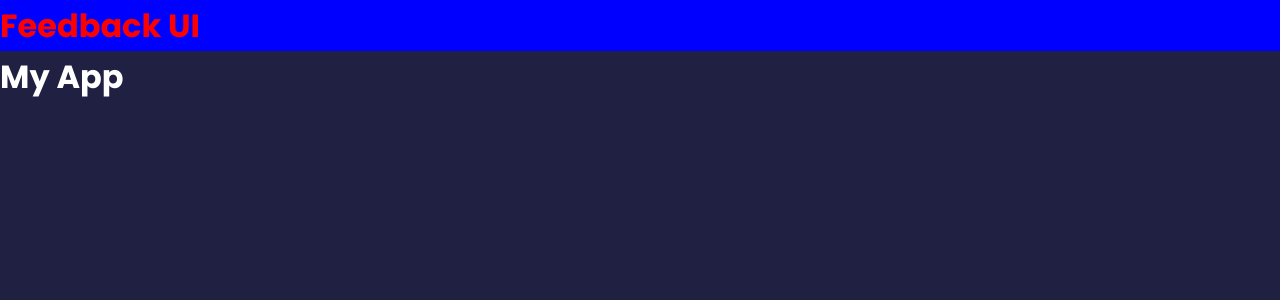
Repository: haokiet2501/feedback-app
Page: /
An editor plug-in stored every save of this project. The page is shown before and after the next save, followed by the edit.
The browser window is 1280 px wide. The pictures show the whole page.
The project was rebuilt for these pictures with package versions that can differ from the ones it lists, and the page was loaded fresh each time.

Above is the page before, as saved 2022-02-23 08:59:45.

### public/index.html
<!DOCTYPE html>
<html lang="en">
  <head>
    <meta charset="utf-8" />
    <link rel="icon" href="%PUBLIC_URL%/favicon.ico" />
    <meta name="viewport" content="width=device-width, initial-scale=1" />
    <meta name="theme-color" content="#000000" />
    <meta
      name="description"
      content="Web site created using create-react-app"
    />
    <link rel="apple-touch-icon" href="%PUBLIC_URL%/logo192.png" />

    <link rel="manifest" href="%PUBLIC_URL%/manifest.json" />

    <title>Feedback App</title>
  </head>
  <body>
    <noscript>You need to enable JavaScript to run this app.</noscript>
    <div id="root"></div>

  </body>
</html>

### src/index.js
import React from 'react'
import ReactDOM from 'react-dom'
import App from './App'
import './index.css'
ReactDOM.render (
    <React.StrictMode>
        <App />
    </React.StrictMode>,
    document.getElementById('root')
)

### src/App.js
import Header from "./components/Header"

function App() {
    return (
        <>
            <Header />
            <div className="contianer">
                <h1>My App</h1>
            </div>
        </>
    )
}

export default App

### src/components/Header.jsx
import React from 'react'
import ProTypes from 'prop-types'

const Header = ({ text }) => {
  return (
    <div style={{color: 'red', backgroundColor: 'blue'}}>
        <h1>{text}</h1>
    </div>
  )
}

Header.defaultProps = {
    text: 'Feedback UI',
}

Header.proTypes = {
    text: ProTypes.string,
}

export default Header

Loaded but not shown: src/index.css (common file)

After the next save:
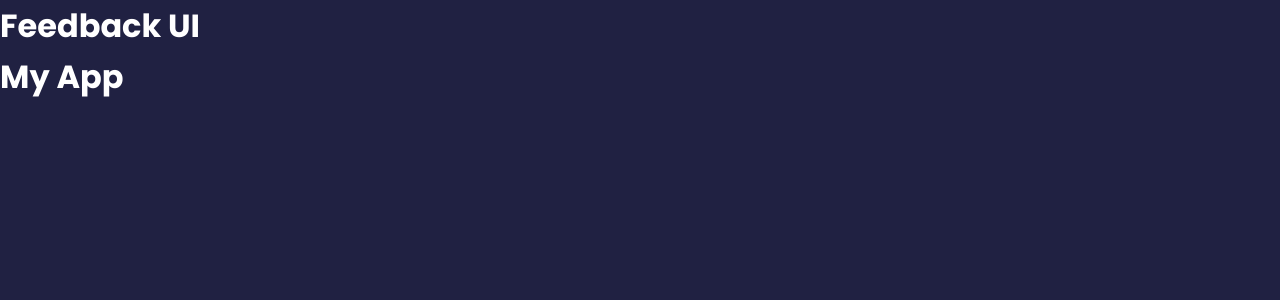
Saved 75 s later.
--- a/src/components/Header.jsx
+++ b/src/components/Header.jsx
@@ -3,7 +3,7 @@ import ProTypes from 'prop-types'
 
 const Header = ({ text }) => {
   return (
-    <div style={{color: 'red', backgroundColor: 'blue'}}>
+    <div>
         <h1>{text}</h1>
     </div>
   )
